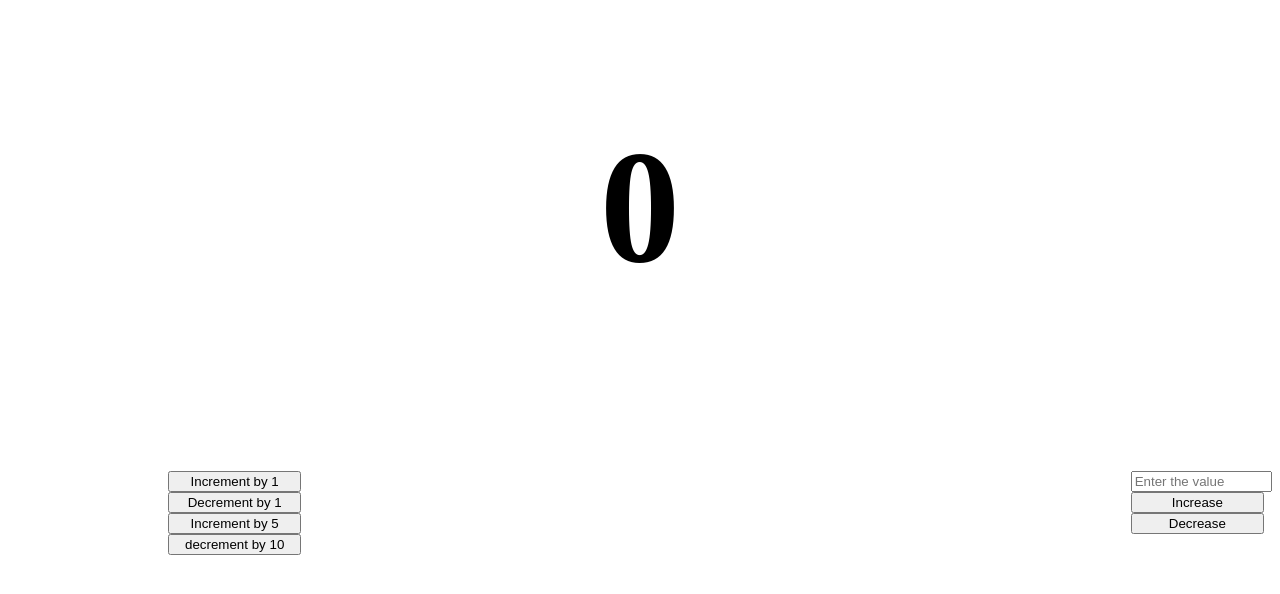
Repository: drumsmanku/micro-project-2
Page: index.html
These files come from the project's save history. The page is drawn as it stood at one moment and after the next save; the edit follows.
The browser window is 1280 px wide. The pictures show the whole page.

Above is the page before, as saved 2023-04-07 19:38:03.

After the next save:
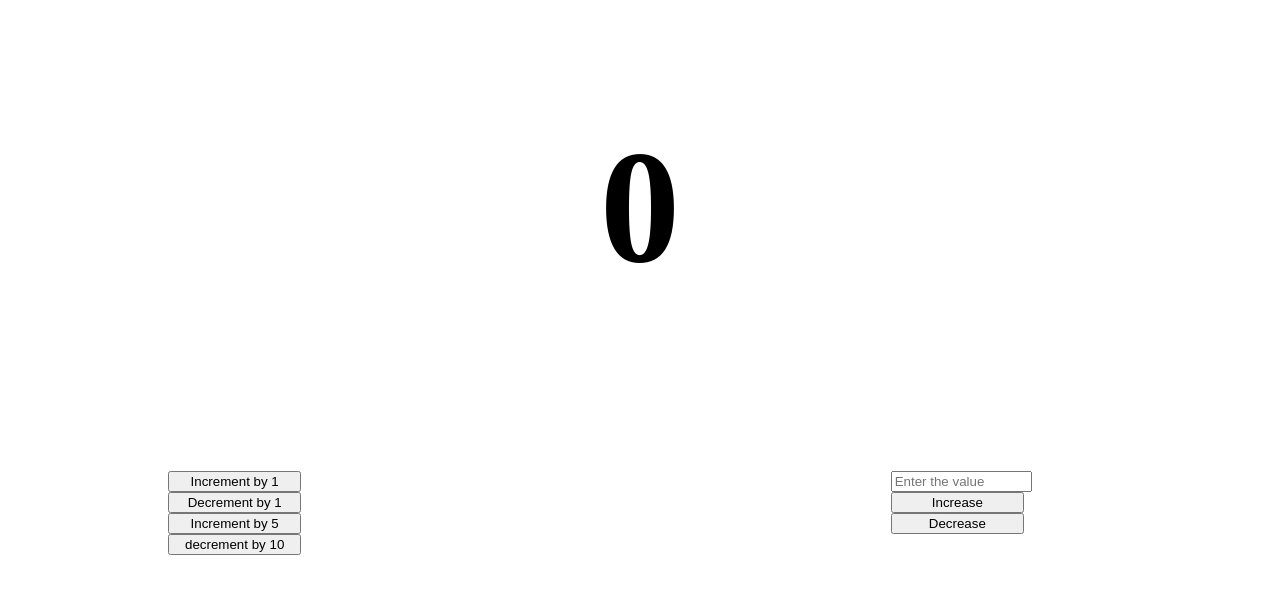
Saved 35 s later.
--- a/style.css
+++ b/style.css
@@ -29,7 +29,7 @@
 .second-second-part{
   display: flex;
   flex-direction: column;
-
+  margin-right: 15rem;
 }
 
 .second-second-part button,input{
